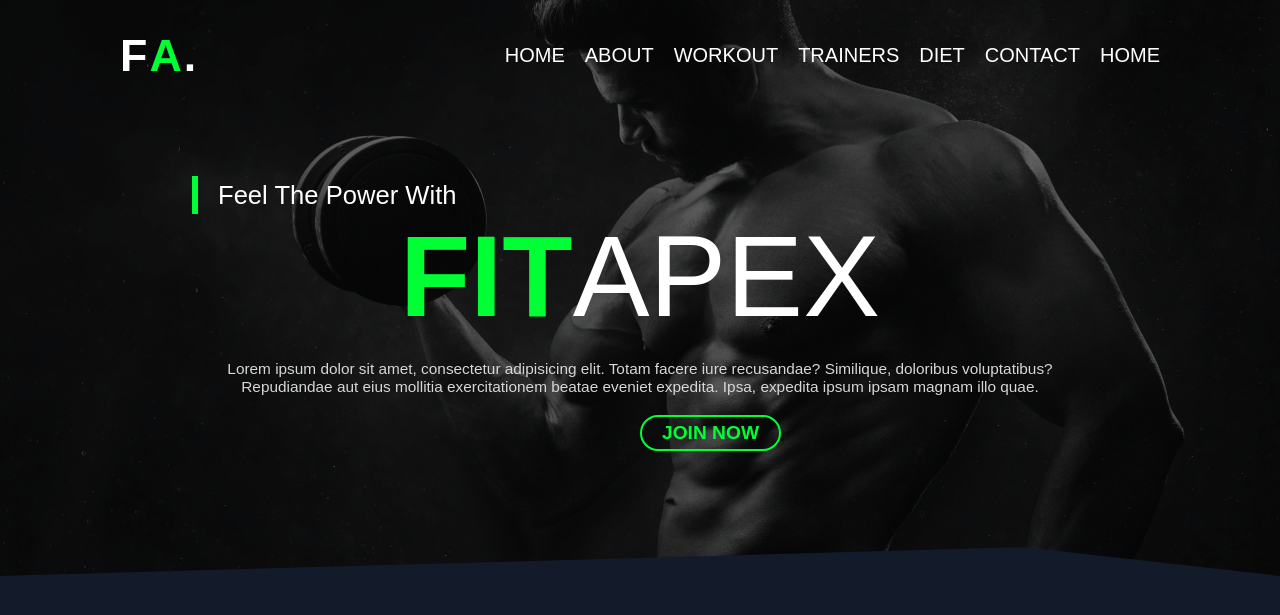
Repository: guilhermecardoso93/fitapex
Page: index.html
An editor plug-in stored every save of this project. The page is shown before and after a run of saves, followed by the edit.
The browser window is 1280 px wide. The pictures show the whole page.

Above is the page before, as saved 2023-03-05 21:00:53.

After the next 3 saves:
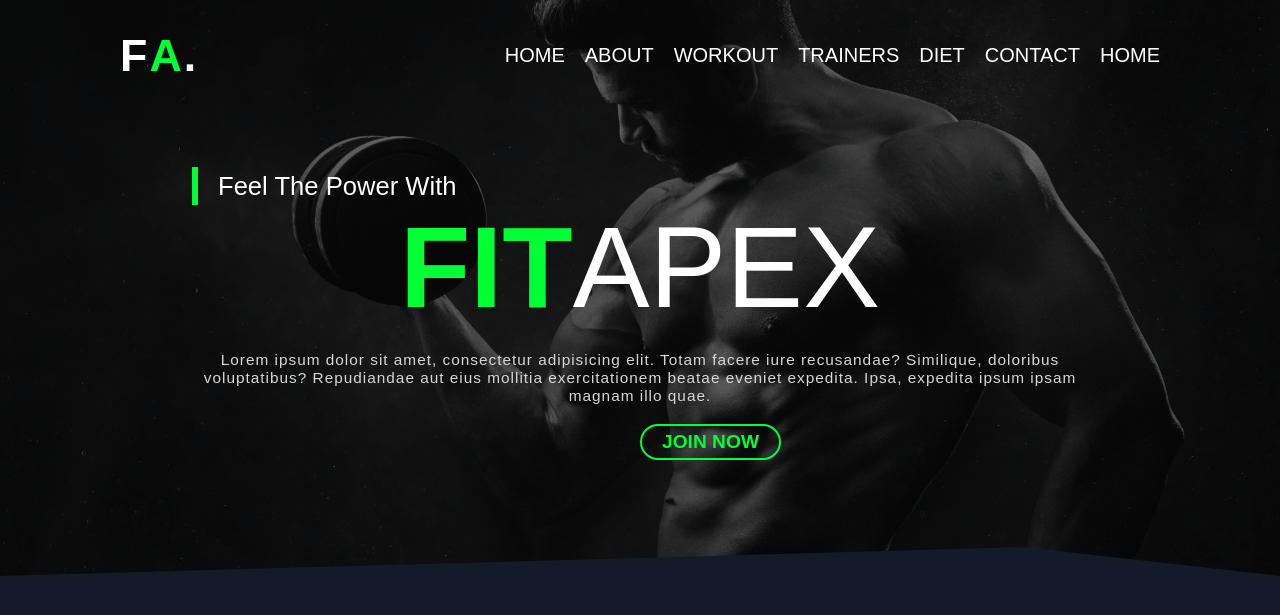
The 3 saves are shown as one change because they came seconds apart.
The last was saved 82 s later.
--- a/css/_home.css
+++ b/css/_home.css
@@ -49,6 +49,7 @@
   font-size: 1.2vw;
   text-align: center;
   font-weight: normal;
+  letter-spacing: 1px;
 }
 
 .highlights .join {

After the 2 saves that followed:
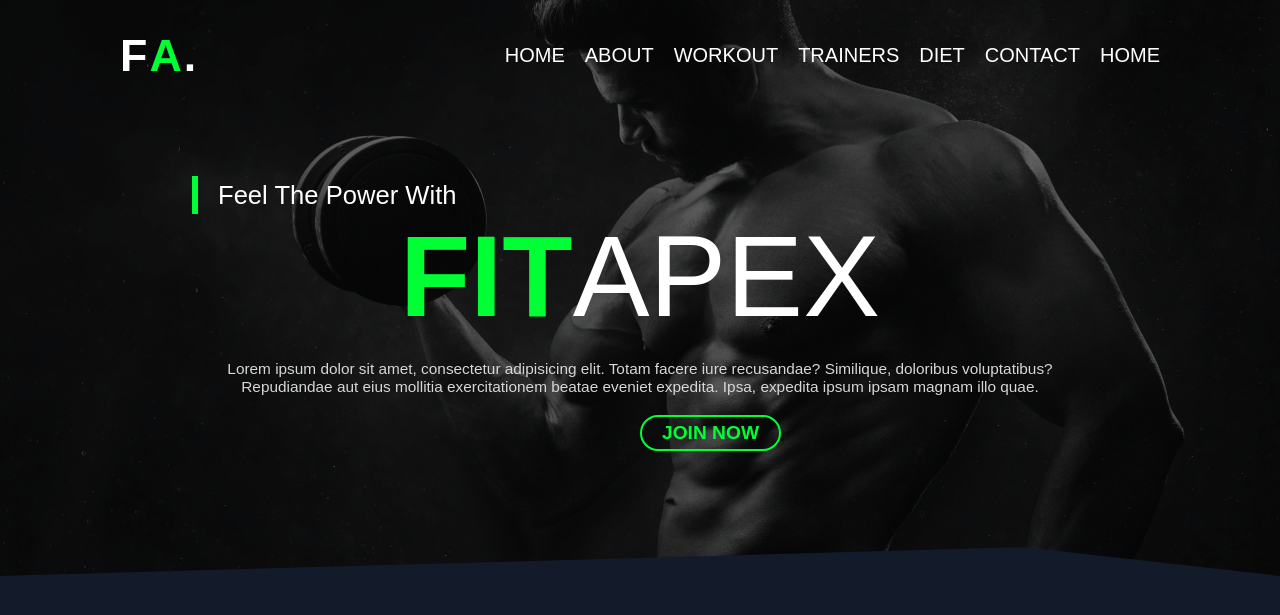
The 2 saves are shown as one change because they came seconds apart.
The last was saved 14 s later.
--- a/css/_home.css
+++ b/css/_home.css
@@ -49,7 +49,7 @@
   font-size: 1.2vw;
   text-align: center;
   font-weight: normal;
-  letter-spacing: 1px;
+  letter-height: 10px;
 }
 
 .highlights .join {
